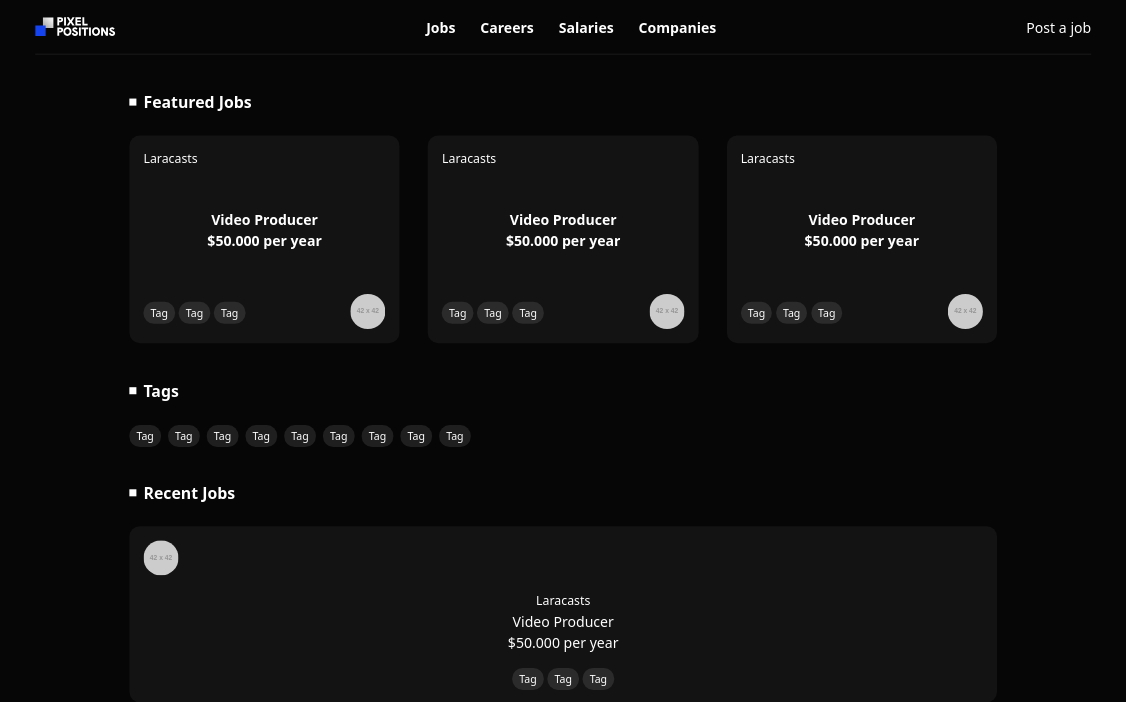
Repository: aggepap/pixel-positions-laravel
Page: http://localhost/
An editor plug-in stored every save of this project. The page is shown before and after the next save, followed by the edit.
The browser window is 1280 px wide. The pictures show the whole page, at 88% of full size.
The page is served by the project's Laravel application, run on PHP 8.4 with Laravel 12. Style sheets and scripts are compiled from the project's sources, by tool versions that may differ from the author's.

Above is the page before, as saved 2025-02-21 21:23:53.

After the next save:
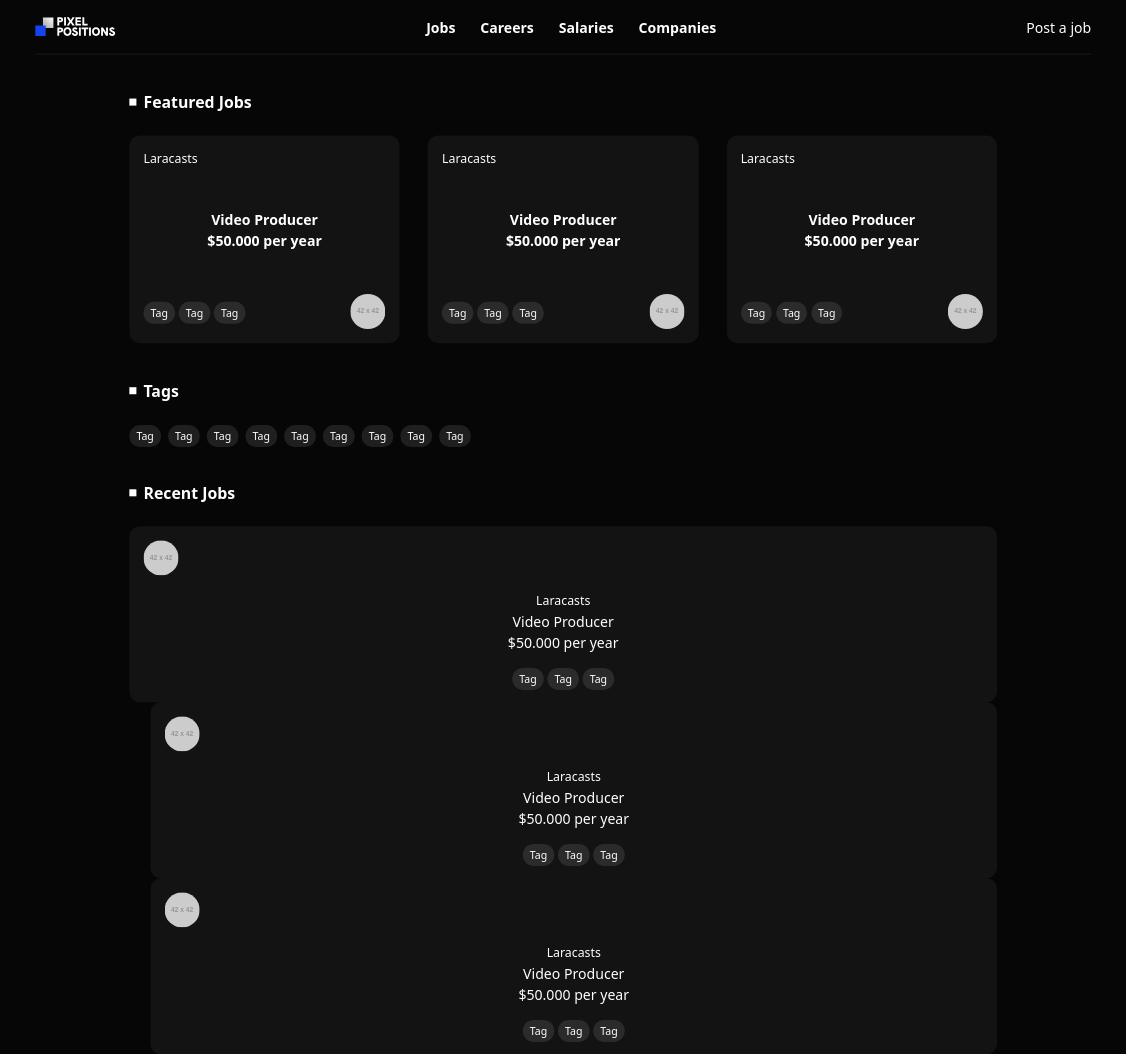
Saved 13 s later.
--- a/resources/views/welcome.blade.php
+++ b/resources/views/welcome.blade.php
@@ -26,7 +26,9 @@
    <section>
     <x-section-heading>Recent Jobs</x-section-heading>
 
-    <div class="mt-6 space-x-1">
+    <div class="mt-6 space-x-6">
+        <x-job-card-wide />
+        <x-job-card-wide />
         <x-job-card-wide />
         </div>
     </section>
